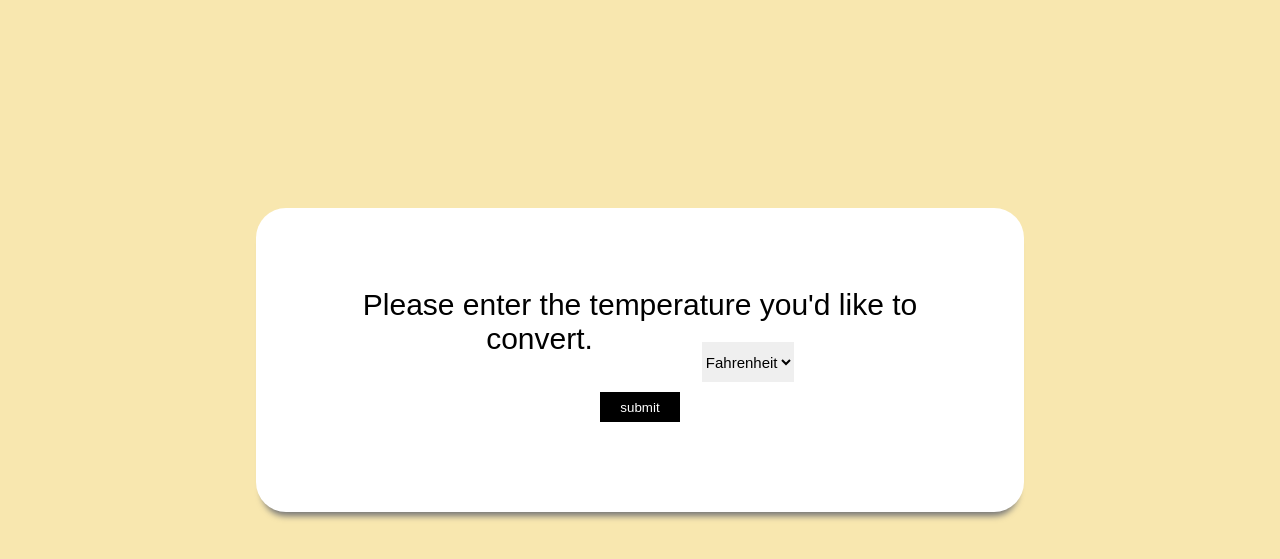
Repository: Mayur2905/OIBSIP
Page: Task-4/index.html
The author's editor kept a copy of each file at every save. The page is drawn from the files as they stood at one save, then again after the next save.
The browser window is 1280 px wide. The pictures show the whole page.

Above is the page before, as saved 2022-02-03 23:13:19.

After the next save:
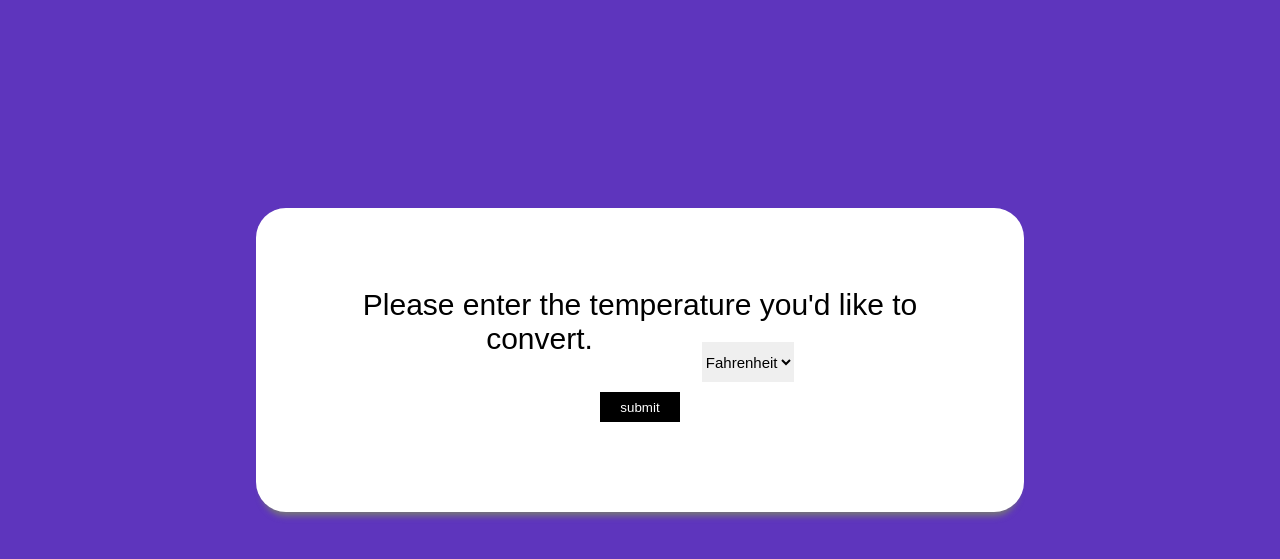
Saved 44 s later.
--- a/Task-4/style.css
+++ b/Task-4/style.css
@@ -8,7 +8,7 @@
 body {
   width: 100vw;
   height: 100vh;
-  background-color: #f8e7af;
+  background-color: #5e35bd;
   display: grid;
   align-items: center;
 }
